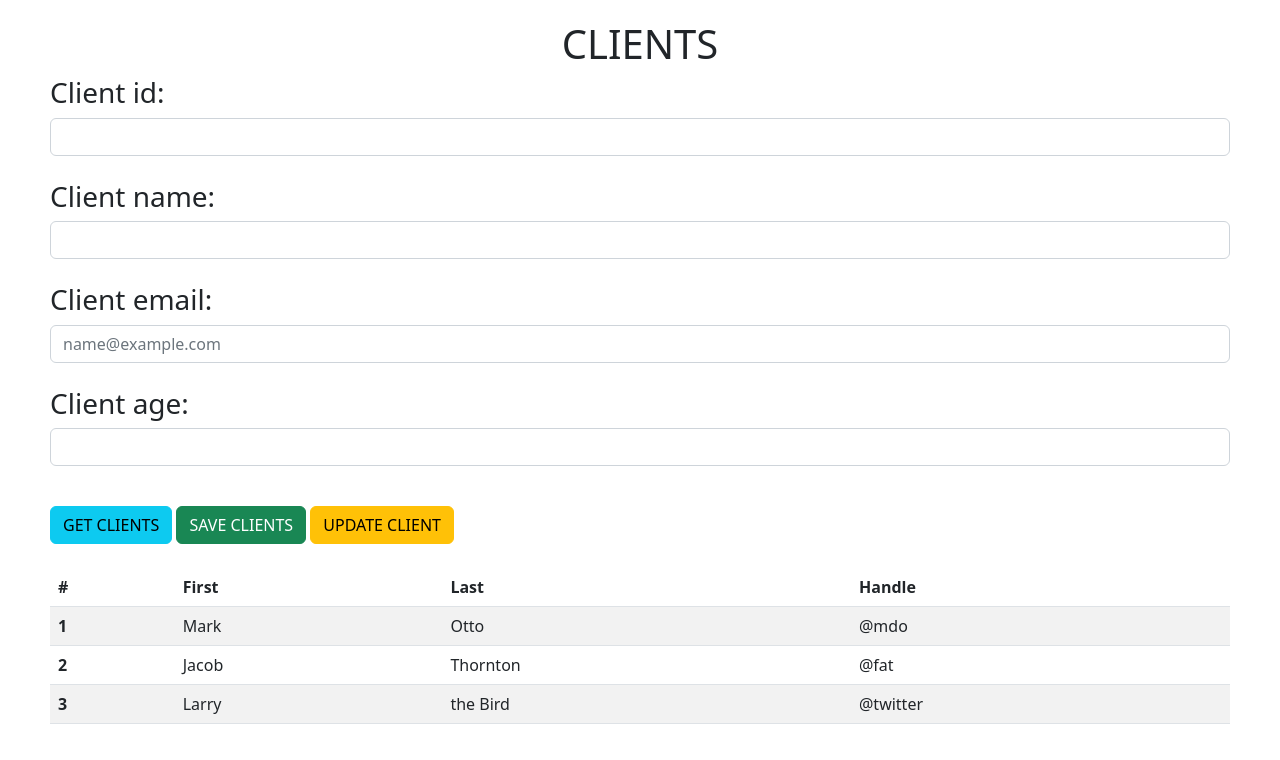
Repository: almendezl/MisionTIC
Page: index.html
These files come from the project's save history. The page is drawn as it stood at one moment and after the next save; the edit follows.
The browser window is 1280 px wide. The pictures show the whole page.

Above is the page before, as saved 2022-10-01 21:40:28.

After the next save:
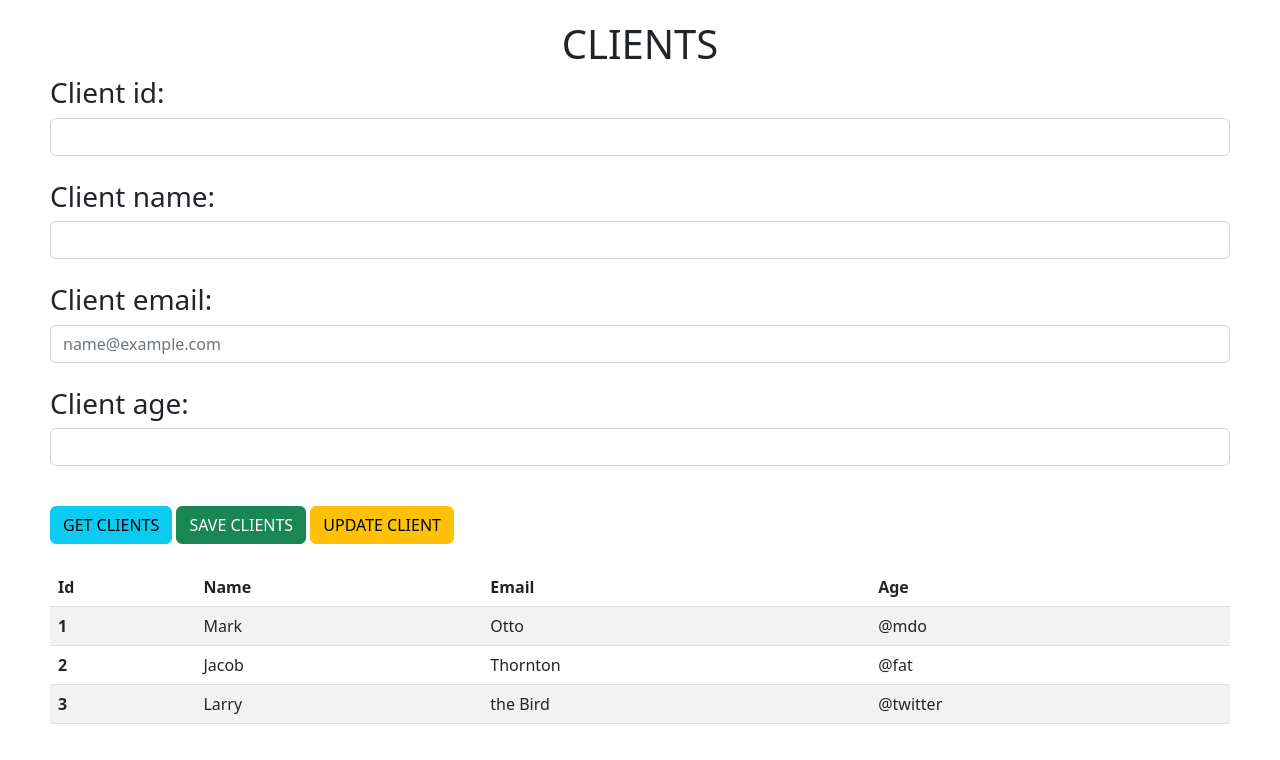
Saved 25 s later.
--- a/index.html
+++ b/index.html
@@ -53,10 +53,10 @@
     <table class="table table-striped">
         <thead>
           <tr>
-            <th scope="col">#</th>
-            <th scope="col">First</th>
-            <th scope="col">Last</th>
-            <th scope="col">Handle</th>
+            <th scope="col">Id</th>
+            <th scope="col">Name</th>
+            <th scope="col">Email</th>
+            <th scope="col">Age</th>
           </tr>
         </thead>
         <tbody>
